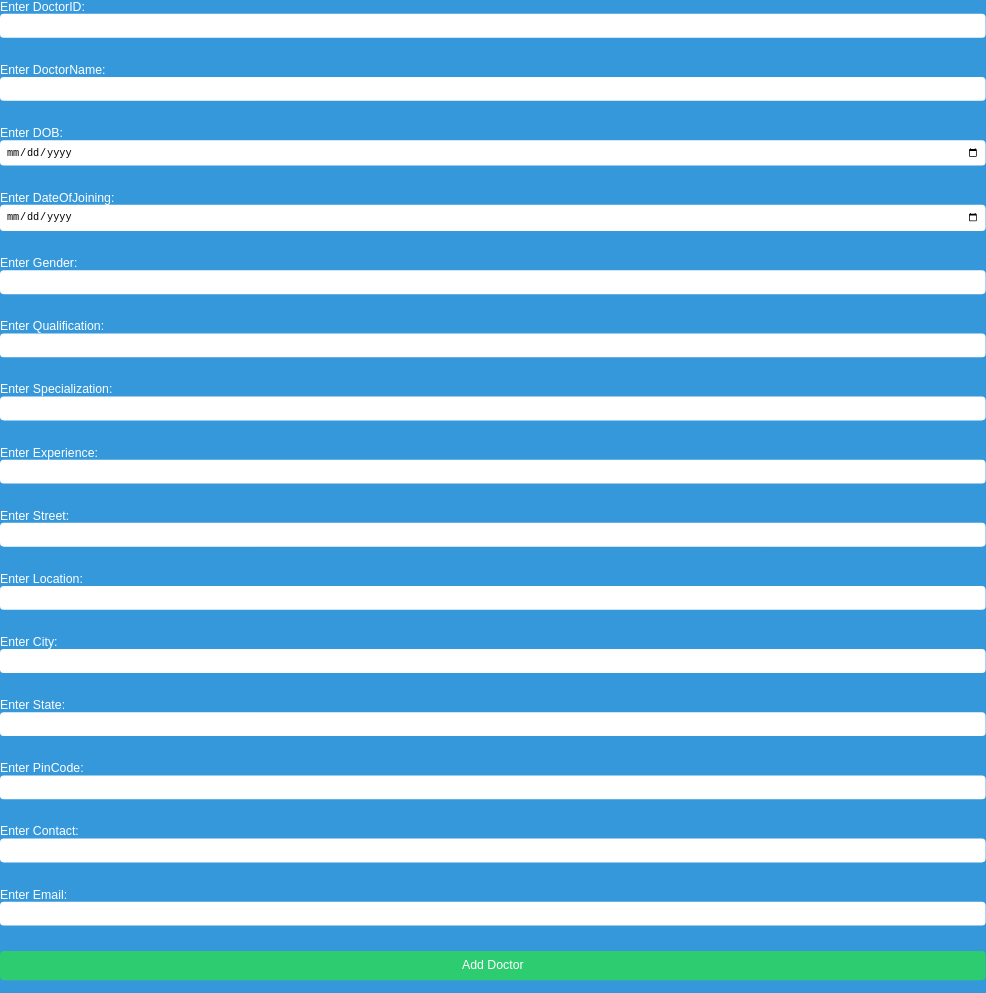
Repository: Pravinkumar-Raja/SpringProjects
Page: http://localhost/Spring-Web/WEB-INF/views/AddDoctor.jsp
The author's editor kept a copy of each file at every save. The page is drawn from the files as they stood at one save, then again after the next save.
The browser window is 1280 px wide. The pictures show the whole page, at 77% of full size.
The page is served by Tomcat 9. Nobody is signed in. The template is opened directly, without the code that normally fills it, so the values that code supplies are empty.

Above is the page before, as saved 2025-11-24 10:39:31.

After the next save:
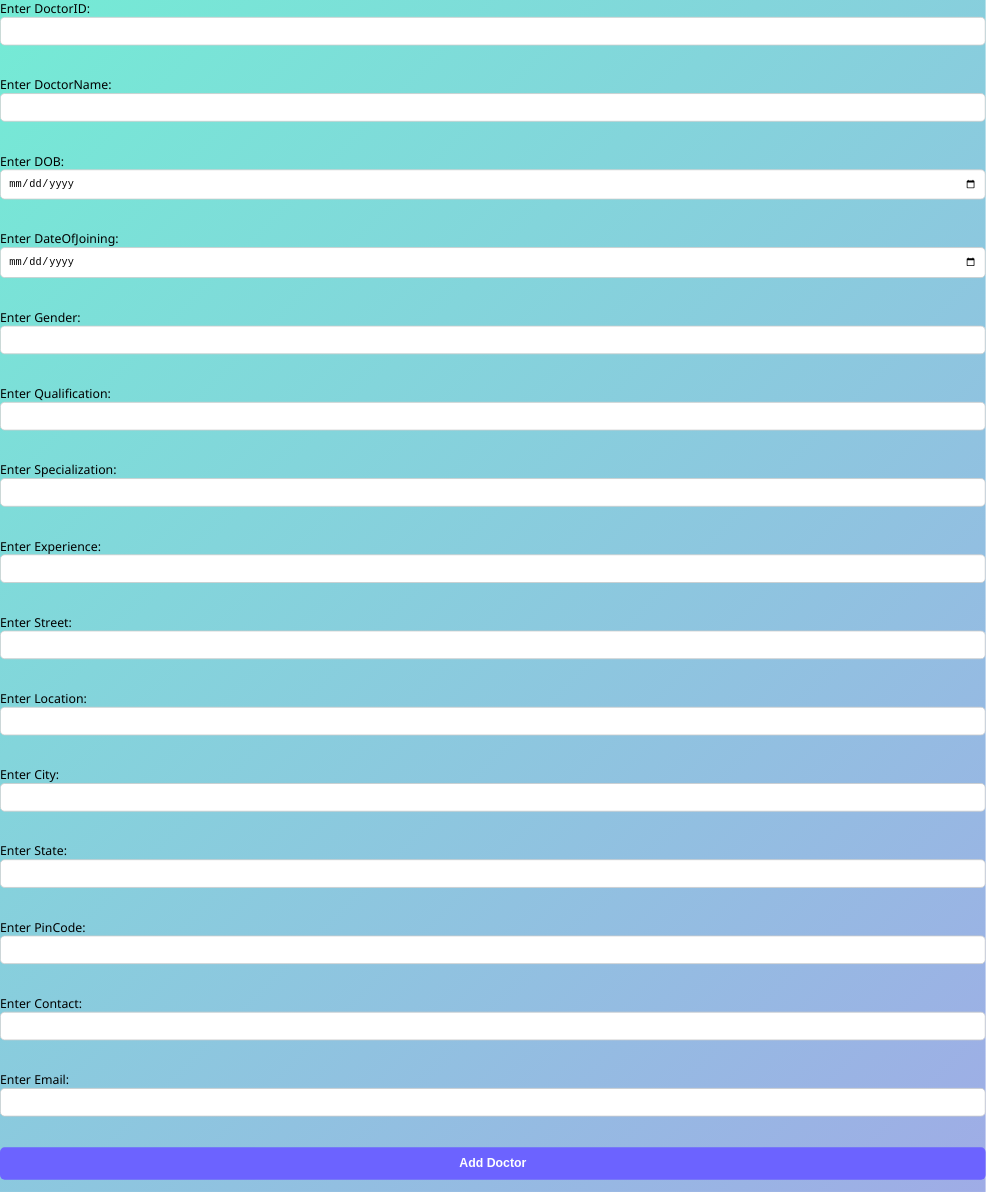
Saved 92 s later.
--- a/Spring-Web/src/main/webapp/WEB-INF/views/AddDoctor.jsp
+++ b/Spring-Web/src/main/webapp/WEB-INF/views/AddDoctor.jsp
@@ -1,58 +1,75 @@
 <html>
 	<head>
 		<style>
-		       body {
-		           background-color: #3498db; /* modern blue */
-		           font-family: Arial, sans-serif;
-		           color: #fff;
-		           margin: 0;
-		           padding: 0;
-		       }
+		        body {
+		            background: linear-gradient(135deg, #74ebd5 0%, #9face6 100%);
+		            font-family: 'Segoe UI', Tahoma, Geneva, Verdana, sans-serif;
+		            margin: 0;
+		            padding: 0;
+		        }
 
-		       .form-container {
-		           background: rgba(255, 255, 255, 0.1);
-		           padding: 30px;
-		           margin: 50px auto;
-		           width: 400px;
-		           border-radius: 10px;
-		           box-shadow: 0 0 15px rgba(0,0,0,0.3);
-		       }
+		        .form-container {
+		            background: #fff;
+		            padding: 40px;
+		            margin: 60px auto;
+		            width: 450px;
+		            border-radius: 12px;
+		            box-shadow: 0 8px 20px rgba(0,0,0,0.2);
+		            animation: fadeIn 1s ease-in-out;
+		        }
 
-		       .form-container h2 {
-		           text-align: center;
-		           margin-bottom: 20px;
-		           color: #f1f1f1;
-		       }
+		        .form-container h2 {
+		            text-align: center;
+		            margin-bottom: 25px;
+		            color: #333;
+		        }
 
-		       label {
-		           display: block;
-		           margin-bottom: 5px;
-		           font-weight: bold;
-		       }
+		        label {
+		            display: block;
+		            margin-bottom: 6px;
+		            font-weight: 600;
+		            color: #444;
+		        }
 
-		       input {
-		           width: 100%;
-		           padding: 8px;
-		           margin-bottom: 15px;
-		           border: none;
-		           border-radius: 5px;
-		       }
+		        input {
+		            width: 100%;
+		            padding: 10px;
+		            margin-bottom: 18px;
+		            border: 1px solid #ccc;
+		            border-radius: 6px;
+		            transition: border-color 0.3s;
+		        }
 
-		       button {
-		           width: 100%;
-		           padding: 10px;
-		           background-color: #2ecc71;
-		           border: none;
-		           border-radius: 5px;
-		           color: white;
-		           font-size: 16px;
-		           cursor: pointer;
-		       }
+		        input:focus {
+		            border-color: #6c63ff;
+		            outline: none;
+		            box-shadow: 0 0 5px rgba(108,99,255,0.5);
+		        }
 
-		       button:hover {
-		           background-color: #27ae60;
-		       }
-		   </style>
+		        button {
+		            width: 100%;
+		            padding: 12px;
+		            background: #6c63ff;
+		            border: none;
+		            border-radius: 6px;
+		            color: white;
+		            font-size: 16px;
+		            font-weight: bold;
+		            cursor: pointer;
+		            transition: background 0.3s, transform 0.2s;
+		        }
+
+		        button:hover {
+		            background: #574b90;
+		            transform: scale(1.02);
+		        }
+
+		        @keyframes fadeIn {
+		            from { opacity: 0; transform: translateY(-20px); }
+		            to { opacity: 1; transform: translateY(0); }
+		        }
+		    </style>
+
 </head>
 	<body bgcolor="blue">
 		<form action="./addDoctor" method="post">
